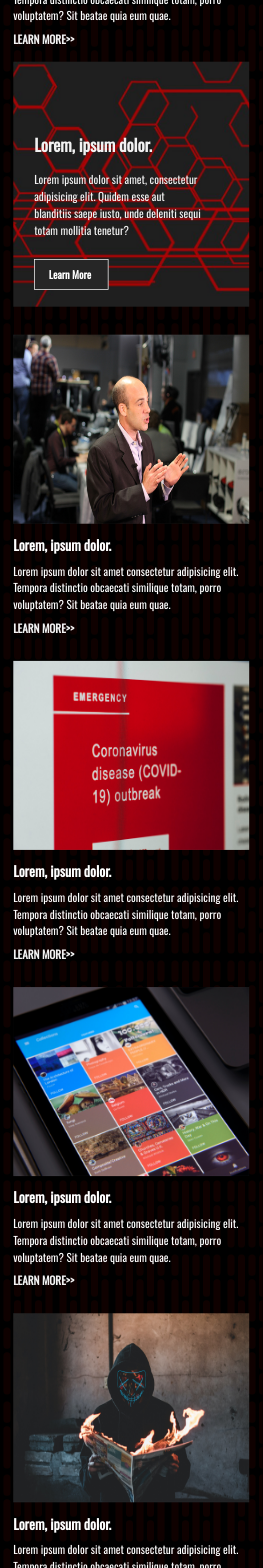
Repository: NickArregoces/News_Web
Page: index.html
The author's editor kept a copy of each file at every save. The page is drawn from the files as they stood at one save, then again after the next save.
The browser window is 375 px wide. The pictures show the part of the page from y = 2413 to 4653 px (the page is 6083 px tall), at 70% of full size.

Above is the page before, as saved 2021-12-24 21:13:37.

After the next save:
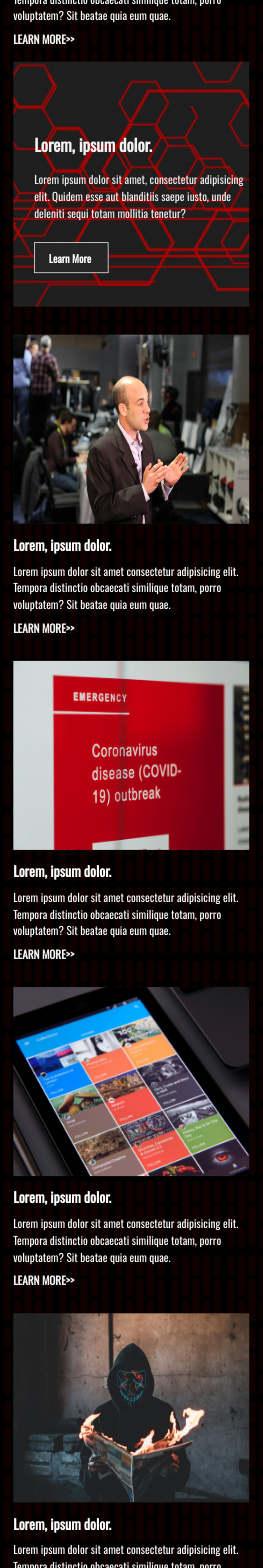
Saved 8 s later.
--- a/style.Css
+++ b/style.Css
@@ -281,6 +281,6 @@ hr{
 
     .cards-banner-two .content,
     .cards-banner-one .content{
-
-    }
-}
+        width: 100%;
+    }
+}
